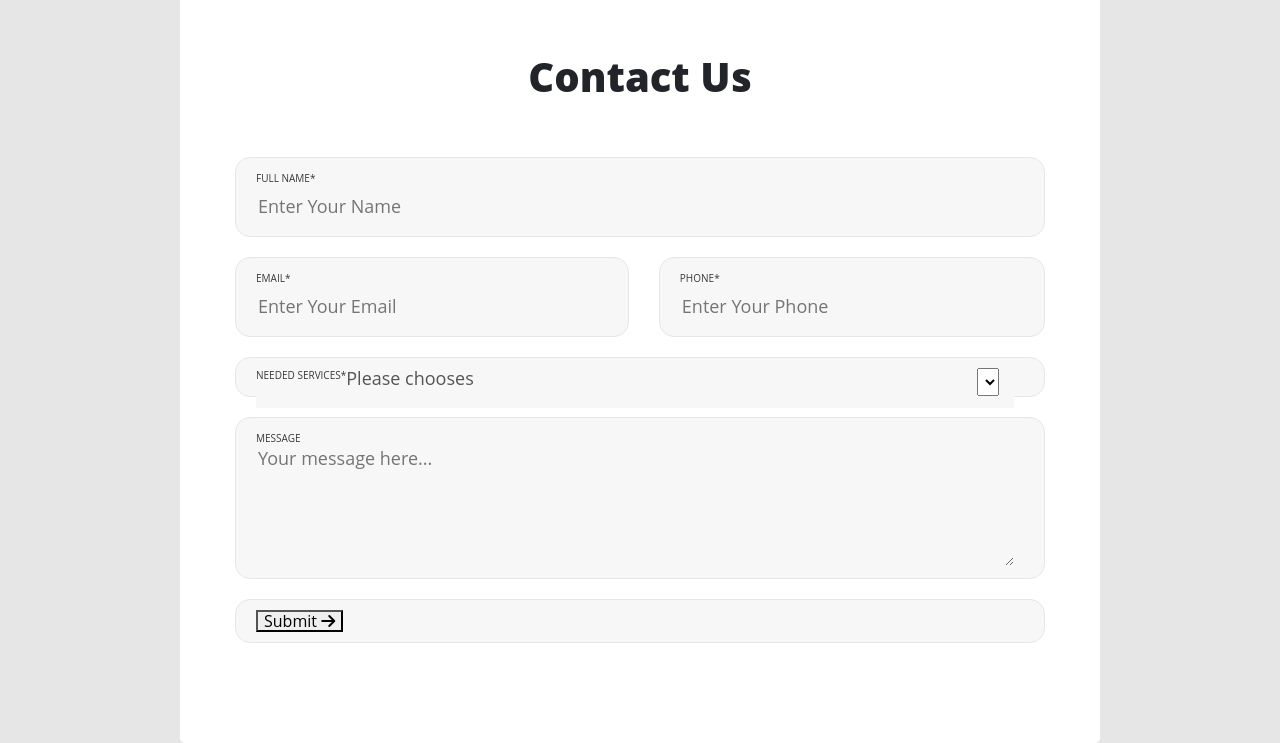
Repository: letrongtinh27/LapTrinhWeb
Page: form-contact/index.html
The author's editor kept a copy of each file at every save. The page is drawn from the files as they stood at one save, then again after the next save.
The browser window is 1280 px wide. The pictures show the whole page.

Above is the page before, as saved 2022-10-09 12:45:16.

### form-contact/index.html
<!DOCTYPE html>
<html lang="en">
<head>
    <meta charset="UTF-8">
    <meta http-equiv="X-UA-Compatible" content="IE=edge">
    <meta name="viewport" content="width=device-width, initial-scale=1.0">
    <title>Form Contact Us</title>
    <link rel="stylesheet" href="https://cdn.jsdelivr.net/npm/bootstrap@4.3.1/dist/css/bootstrap.min.css" integrity="sha384-ggOyR0iXCbMQv3Xipma34MD+dH/1fQ784/j6cY/iJTQUOhcWr7x9JvoRxT2MZw1T" crossorigin="anonymous">
    <link rel="stylesheet" href="reset.css">
    <link rel="stylesheet" href="style.css">
    <link rel="stylesheet" href="https://cdnjs.cloudflare.com/ajax/libs/font-awesome/6.2.0/css/all.min.css" integrity="sha512-xh6O/CkQoPOWDdYTDqeRdPCVd1SpvCA9XXcUnZS2FmJNp1coAFzvtCN9BmamE+4aHK8yyUHUSCcJHgXloTyT2A==" crossorigin="anonymous" referrerpolicy="no-referrer" />
</head>
<body>
    <div class="contact">
        <h2 class="contact-title">Contact Us</h2>
        <form action="#" class="contact-form" autocomplete="off">
            <div class="form-group">
                <label for="">FULL NAME*</label>
                <input type="text" class="form-input" placeholder="Enter Your Name">
            </div>
            <div class="form-group-2">
            <div class="form-group  alpha ">
                <label for="">EMAIL*</label>
                <input type="email" class="form-input alpha" placeholder="Enter Your Email">
            </div>
            <div class="form-group alpha pr-3">
                <label for="">PHONE*</label>
                <input type="email" class="form-input" placeholder="Enter Your Phone">
            </div>
        </div>
            <div class="form-group select">
                <div class="select-bar">
                <span for="">NEEDED SERVICES*</span>
                <select name="service" id="select-menu">
                </select>
                <p>Please chooses</p>
            </div>
        </div>
            <div class="form-group">
                <label for="">MESSAGE</label>
                <textarea name="" id="" cols="30" rows="10" class="text-area" placeholder="Your message here..."></textarea>
            </div>
            <div class="form-group">
                <button class="form-submit">Submit <i class="fa-solid fa-arrow-right"></i></button>
            </div>
        </form>
    </div>
    <script src="https://code.jquery.com/jquery-3.3.1.slim.min.js" integrity="sha384-q8i/X+965DzO0rT7abK41JStQIAqVgRVzpbzo5smXKp4YfRvH+8abtTE1Pi6jizo" crossorigin="anonymous"></script>
    <script src="https://cdn.jsdelivr.net/npm/popper.js@1.14.7/dist/umd/popper.min.js" integrity="sha384-UO2eT0CpHqdSJQ6hJty5KVphtPhzWj9WO1clHTMGa3JDZwrnQq4sF86dIHNDz0W1" crossorigin="anonymous"></script>
    <script src="https://cdn.jsdelivr.net/npm/bootstrap@4.3.1/dist/js/bootstrap.min.js" integrity="sha384-JjSmVgyd0p3pXB1rRibZUAYoIIy6OrQ6VrjIEaFf/nJGzIxFDsf4x0xIM+B07jRM" crossorigin="anonymous"></script>
</body>
</html>

### form-contact/style.css
body {
    font-family: 'Open Sans',sans-serif;
    width: 100%;
    height: 100vh;
    display: flex;
    align-items: center;
    justify-content: center;
    background: #e6e6e6;
}

.contact{
   width: 100%;
   max-width: 920px;
   background-color: #ffffff;
   border-radius: 5px;
   padding: 80px 55px;
}
.contact-title{
    font-size: 40px;
    text-align: center;
    padding-bottom: 60px;
    font-weight: 800;
}

.form-group{
    margin-bottom: 20px;
    width: 100%;
    border: 1px solid #e6e6e6;
    background-color: #f7f7f7;
    border-radius: 15px;
    padding: 10px 30px 10px 20px;
}

.form-group-2 {
    display: flex;
    justify-content: space-between;
}

.select {
    height: 40px;
}

.select span {
    display: inline;
    float: left;
}


.select #select-menu {
    float: right;
}
.form-group-2 > .form-group:first-child{
    margin-right: 15px;
}

.form-group-2 > .form-group:last-child{
    margin-left: 15px;
}
 .alpha {
    width: calc((100%-30px)/2);
}
.form-input, p, .text-area, .select-bar{
    font-family: 'Open Sans',sans-serif;
    color: #555555;
    background-color: #f7f7f7;
    width: 100%;
    padding-right: 15px;
    line-height: 1.2;
    height: 40px;
    font-size: 18px;
    outline: none;
    border: 0;
}
label, .form-group span  {
    color: #393939;
    font-size: 10px;
    line-height: 1.5;
}
.form-submit{

}
.fa-solid{

}
.fa-arrow-right{

}

.text-area {
    height: 120px;
}

.select p {
    height: 0px;
}

Loaded but not shown: form-contact/reset.css (common file)

After the next save:
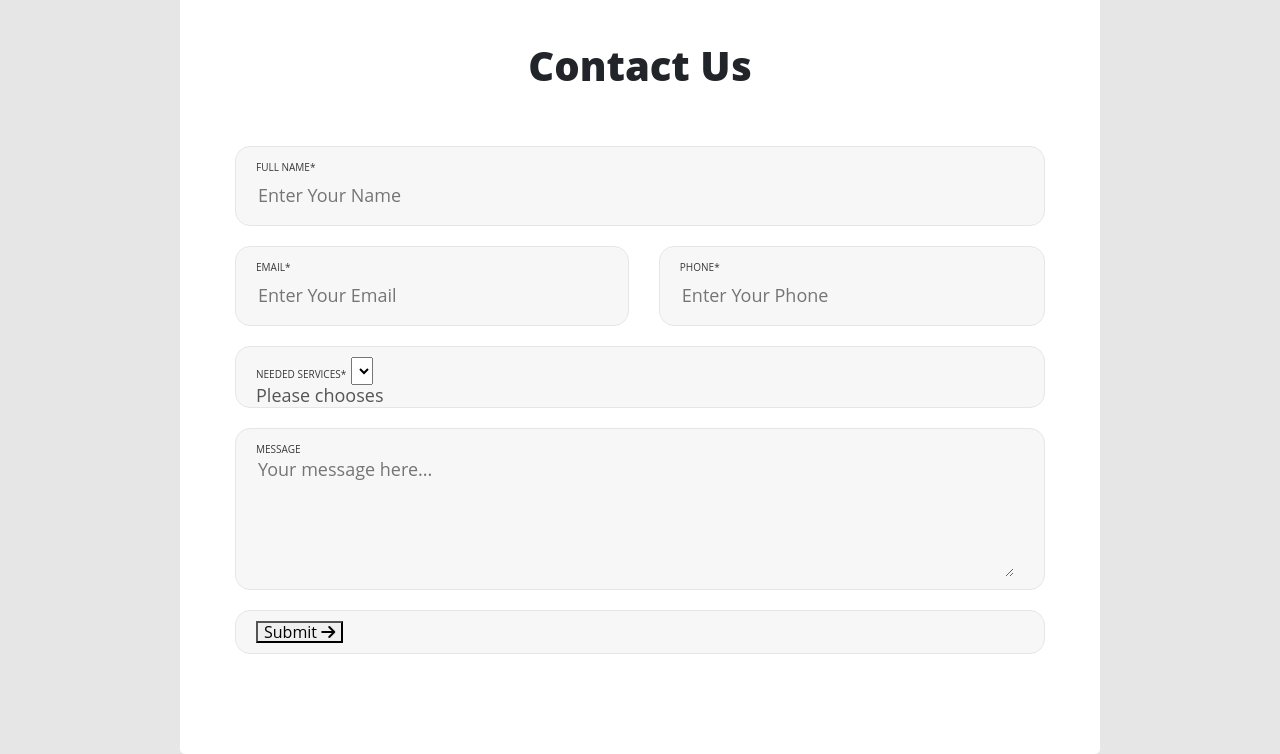
Saved 43 s later.
--- a/form-contact/style.css
+++ b/form-contact/style.css
@@ -36,11 +36,7 @@ body {
     justify-content: space-between;
 }
 
-.select {
-    height: 40px;
-}
-
-.select span {
+/* .select span {
     display: inline;
     float: left;
 }
@@ -48,7 +44,7 @@ body {
 
 .select #select-menu {
     float: right;
-}
+} */
 .form-group-2 > .form-group:first-child{
     margin-right: 15px;
 }
